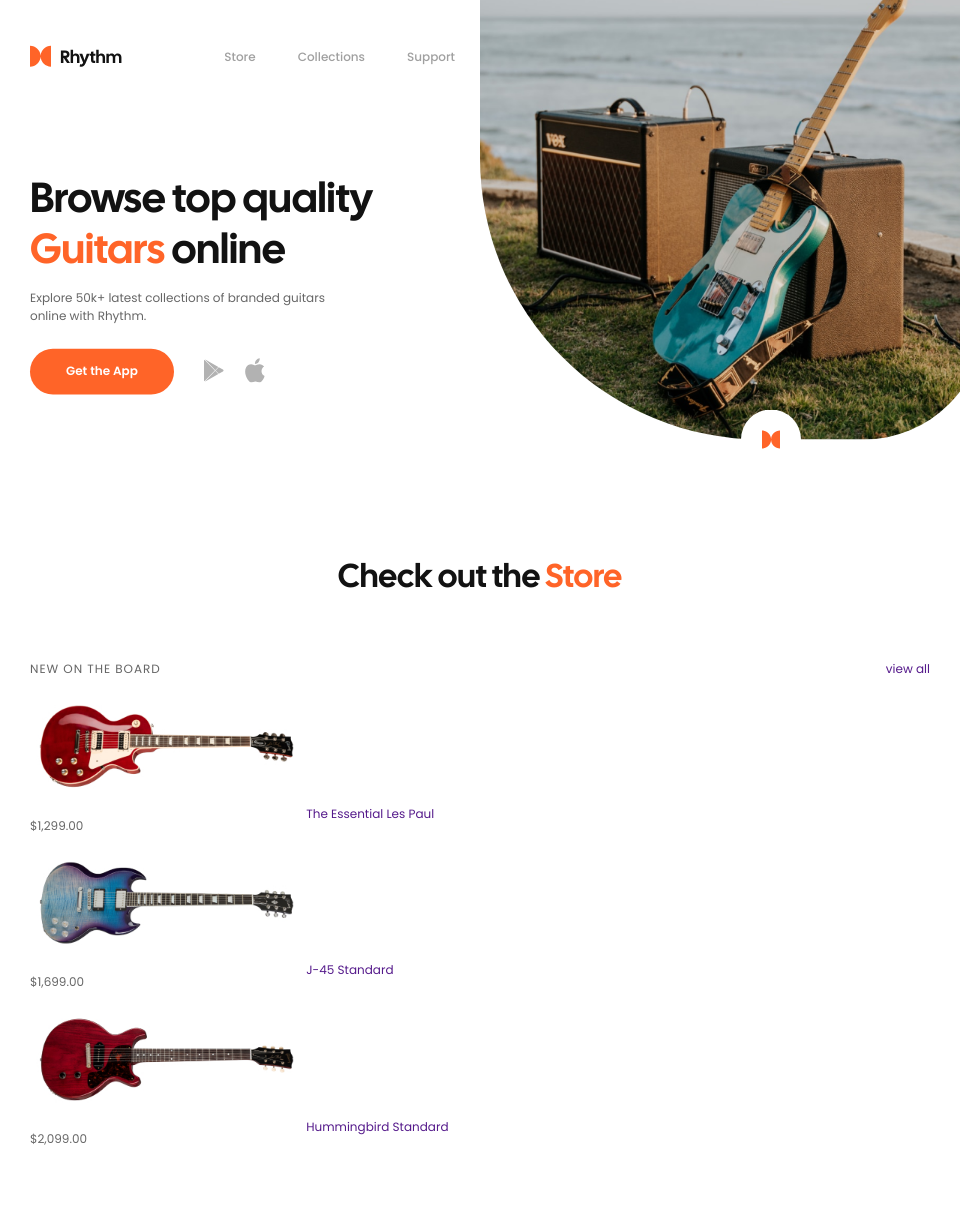
Repository: Ed-Lubenets/website_guitar
Page: index.html
The author's editor kept a copy of each file at every save. The page is drawn from the files as they stood at one save, then again after a run of saves.
The browser window is 1280 px wide. The pictures show the whole page, at 75% of full size.

Above is the page before, as saved 2023-01-03 20:55:41.

### index.html
<!DOCTYPE html>
<html lang="en">
<head>
    <meta charset="UTF-8">
    <meta http-equiv="X-UA-Compatible" content="IE=edge">
    <meta name="viewport" content="width=device-width, initial-scale=1.0">
    <link rel="stylesheet" href="./style/style.css">
    <title>guitar-site</title>
</head>
<body>
    <div class="wrapper">
        <header class="header">
            <div class="header__container">
                <a href="" class="header__logo"><img src="./img/logo.svg" alt="Logo"></a>
                <nav class="header__menu menu">
                    <ul class="menu__list">
                        <li class="menu__item">
                            <a href="#" class="menu__link">Store</a>
                        </li>
                        <li class="menu__item">
                            <a href="#" class="menu__link">Collections</a>
                        </li>
                        <li class="menu__item">
                            <a href="#" class="menu__link">Support</a>
                        </li>
                    </ul>
                </nav>
            </div>
        </header>
        <main class="page">
            <section class="page__main main">
                <div class="main__container">
                    <div class="main__content">
                        <h1 class="main__title">Browse top quality <span>Guitars</span> online</h1>
                        <p class="main__text">Explore 50k+ latest collections of branded guitars online with Rhythm.</p>
                        <div class="main__actions actions-main">
                            <a href="#" class="actions-main__button">Get the App</a>
                            <div class="actions-main__icon"> <img src="./img/main/google.svg" alt="google icon"> </div>
                            <div class="actions-main__icon"> <img src="./img/main/apple.svg" alt="apple icon"> </div>
                        </div>
                    </div>
                    <div class="main__decor">
                        <div class="main__image">
                            <img src="./img/main/main-decor.png" alt="Main Decor">
                        </div>
                    </div>
                </div>
            </section>
            <section class="page__store store">
                <div class="store__container">
                    <h2 class="store__title title">
                        Check out the <span>Store</span>
                    </h2>
                    <div class="store__body body-store">
                        <div class="body-store__header">
                            <div class="body-store__title">NEW ON THE BOARD</div>
                            <a href="" class="body-store__all">view all</a>
                        </div>
                        <div class="body-store__items">
                            <div class="body-store_item">
                                <a href="" class="item__image"><img src="./img/store/01.jpg" alt="guitar images"></a>
                                <a href="" class="item__title">The Essential Les Paul</a>
                                <div class="item__price">$1,299.00</div>
                            </div>
                            <div class="body-store_item">
                                <a href="" class="item__image"><img src="./img/store/02.jpg" alt="guitar images"></a>
                                <a href="" class="item__title">J-45 Standard</a>
                                <div class="item__price">$1,699.00</div>
                            </div>
                            <div class="body-store_item">
                                <a href="" class="item__image"><img src="./img/store/03.jpg" alt="guitar images"></a>
                                <a href="" class="item__title">Hummingbird Standard</a>
                                <div class="item__price">$2,099.00</div>
                            </div>
                        </div>
                    </div>
                </div>
            </section>
        </main>
        <footer class="footer"></footer>
    </div>
</body>
</html>

### style/style.css
@import url(https://fonts.googleapis.com/css?family=Poppins:regular,500,600&display=swap); /*from googlefonts*/
@font-face {                                                                               /*from folder*/
    font-family: CalSans;
    font-display: swap;
    src: url(../fonts/CalSans-SemiBold.woff2) format('woff2'), url(../fonts/CalSans-SemiBold.woff) format('woff');
    font-weight: 400;
    font-style: normal;
}

*, *::before, *::after {
margin: 0;
padding: 0;
border: 0;
box-sizing: border-box;
}
html, body{
    height: 100%;
    min-width: 320px;
}
body{
    line-height: 1;
    font-family: Poppins;
    /* font-size: 16px; ---- фон по умолчанию в бразере, поэтому в комменте, был бы другой(14,17 и т.д.) тогда вписывал бы в св-во body*/
    color: #666666;
}
a{
    text-decoration: none;
}
li{
    list-style: none;
}

.wrapper{
    overflow: hidden; /*отменяем горизонтальный скролл. Важно.*/
    min-height: 100%;
    display: flex;
    flex-direction: column;
}
/* ------------------------------------------------------------------------------------------- */

.title{
    font-family: CalSans;
    color: #121212;
    font-size: 44px;
    line-height: 1.2;
    text-align: center;
}
.title span{
    color: #FF6428;
}

/* ------------------------------------------------------------------------------------------- */
.page{
    flex: 1 1 auto; /* разрешаем main увеличиваться, что бы футер прижался к низу экрана */
}
.page__main {
}
.page__store {
}

/* ------------------------------------------------------------------------------------------- */
[class*="__container"]{ /*стиль для всех классов с "..__container"*/
    max-width: 1230px;
    margin: 0 auto;
    padding: 0px 15px;
}

/* ________________________________________________________HEADER____________________________________________________________________________________________________ */
.header {
    position: absolute;
    top: 0;
    left: 0;
    width: 100%;
    z-index: 50;
}
.header__container {
    padding-top: 5px;
    padding-bottom: 5px;
    display: flex;
    gap: 131px; /*отступы через gap плохо поддерживаются в старых safary iOS*/
    align-items: center;
    min-height: 152px;
}
.header__logo {}
.header__menu {}

.menu {
    padding: 10px 5px;
    border-radius: 5px;
    background-color: rgba(255, 255, 255, 0.8);
}
.menu__list {
    display: flex;
    column-gap: 56px;
    row-gap: 10px;
    flex-wrap: wrap;
}
.menu__item {}
.menu__link {
    color: rgba(18, 18, 18, 0.4);
    font-weight: 500;
}
.menu__link:hover,
.menu__link:focus{
    text-decoration: underline;
}

@media (max-width: 1092px){
    .header__container{
        gap: 50px;
        min-height: 100px;
    }
    .menu__list{
        column-gap: 40px;
    }
}
@media (max-width: 767.98px){
    .header__container{
        min-height: 65px;
    }
}
@media (max-width: 479.98px){
    .header__container{
        gap: 15px;
    }
    .menu{
        padding: 0;
    }
    .menu__list{
        column-gap: 20px;
    }
    .header__logo { /*убираем часть логотипа, больше места*/
        width: 28px;
        flex: 0 0 28px;
        overflow: hidden;
    }
}
/* --------------------------------------------------------------------PAGE------------------------------------------------------- */

.main {
    padding-bottom: 80px;
}
.main__container {
    display: flex;
}
.main__content {
    flex: 0 1 50%;  /*content и decor делаем по половине*/
    align-self: flex-end; /*прижал контент блока к низу*/
    padding-top: 120px; /*отступ безопасности для адаптива и возможности увеличения текста без заезда под шапку*/
    padding-bottom: 60px;
    padding-right: 20px;
}
.main__title {
    font-family: 'CalSans';
    font-size: 56px;
    line-height: 1.2;
    color: #121212;
}
.main__title span{
    color: #FF6428;
}
.main__title:not(:last-child){ /*добавление отступа всем элементам только если он(элемент) не последний*/
    margin-bottom: 16px;
}
.main__text {
    line-height: 24px;
    font-weight: 500px;
    max-width: 420px;
}
.main__text:not(:last-child){ /*добавление отступа всем элементам только если он(элемент) не последний*/
    margin-bottom: 31px;
}
.main__actions {}

.actions-main {
    display: flex;
    align-items: center;
}
.actions-main__button {
    text-align: center;
    padding: 18.5px 48px;
    background-color: #FF6428;
    border-radius: 40px;
    color: #FFFFFF;
    font-weight: 600;
    line-height: 24px;
    transition: all 0.3s ease 0s;
}
.actions-main__button:hover,
.actions-main__button:focus{
    background-color: #db4c14;
}
.actions-main__button:not(:last-child){ /*добавление отступа всем элементам только если он(элемент) не последний*/
    margin-right: 40px;
}
.actions-main__icon {}

.actions-main__icon:not(:last-child){ /*добавление отступа всем элементам только если он(элемент) не последний*/
    margin-right: 27px;
}
.main__decor {
    flex: 0 1 50%; /*content и decor делаем по половине*/
}
.main__image {
    position: relative;
    margin-right: -135px; /*135 из-за отступа 15px в начальных стилях*/
    padding-bottom: 97.6%; /*586/600*100%=96.6*/
    max-width: 672px;
}
.main__image img{
    border-radius: 0 0 160px 375px; /*возможность добавления прямоугольных изображений*/
    position: absolute;width: 100%;height: 100%;top: 0;left: 0;
    object-fit: cover;
}
.main__image::after{
    content: '';
    background: url(../img/main/decor.svg) 0 0 no-repeat;
    width: 80px;
    height: 80px;
    right: 36.3%; /*244\672= 0.3630*100=36.3 делим расстояние от края до объекта на размер фонового объекта. Процент- процент сдвига декора*/
    bottom: 0;
    transform: translate(0, 50%);
    position: absolute;
}

@media (max-width: 1092px){
    .main__image img{
        width: 100%;
    }
    .main__content {
        flex: 0 0 60%;
        padding-bottom: 0;
    }
    .main__decor {
        flex: 0 0 40%;
    }
}
@media (max-width: 767.98px){
    .main__content{
        flex: 1 1 100%;
        padding-right: 0;
        padding-top: 80px;
    }
    .main__title{
        font-style: 44px;
    }
    .main__decor{
        display: none;
    }
}
@media (max-width: 479.98px){
    .actions-main {
        flex-wrap: wrap;
        justify-content: center;
    }
    .actions-main__button{
        flex: 1 1 100%;
    }
    .actions-main__button:not(:last-child){ /*добавление отступа всем элементам только если он(элемент) не последний*/
        margin-right: 0px;
        margin-bottom: 15px;
    }
}

/* --------------------------------------------------------------------STORE------------------------------------------------------- */
.store {
    padding-top: 80px;
    padding-bottom: 90px;

}
.store__container {
}
.store__title {
    margin-bottom: 86px;
}
.title {
}
.store__body {
}
.body-store {
}
.body-store__header {
    display: flex;
    justify-content: space-between;
    gap: 15px;

}
.body-store__title {
    letter-spacing: 0.08em;
    font-style: 20px;
    lh
}
.body-store__all {
}
.body-store__items {
}
.body-store_item {
}
.item__image {
}
.item__title {
}
.item__price {
}

After the next 2 saves:
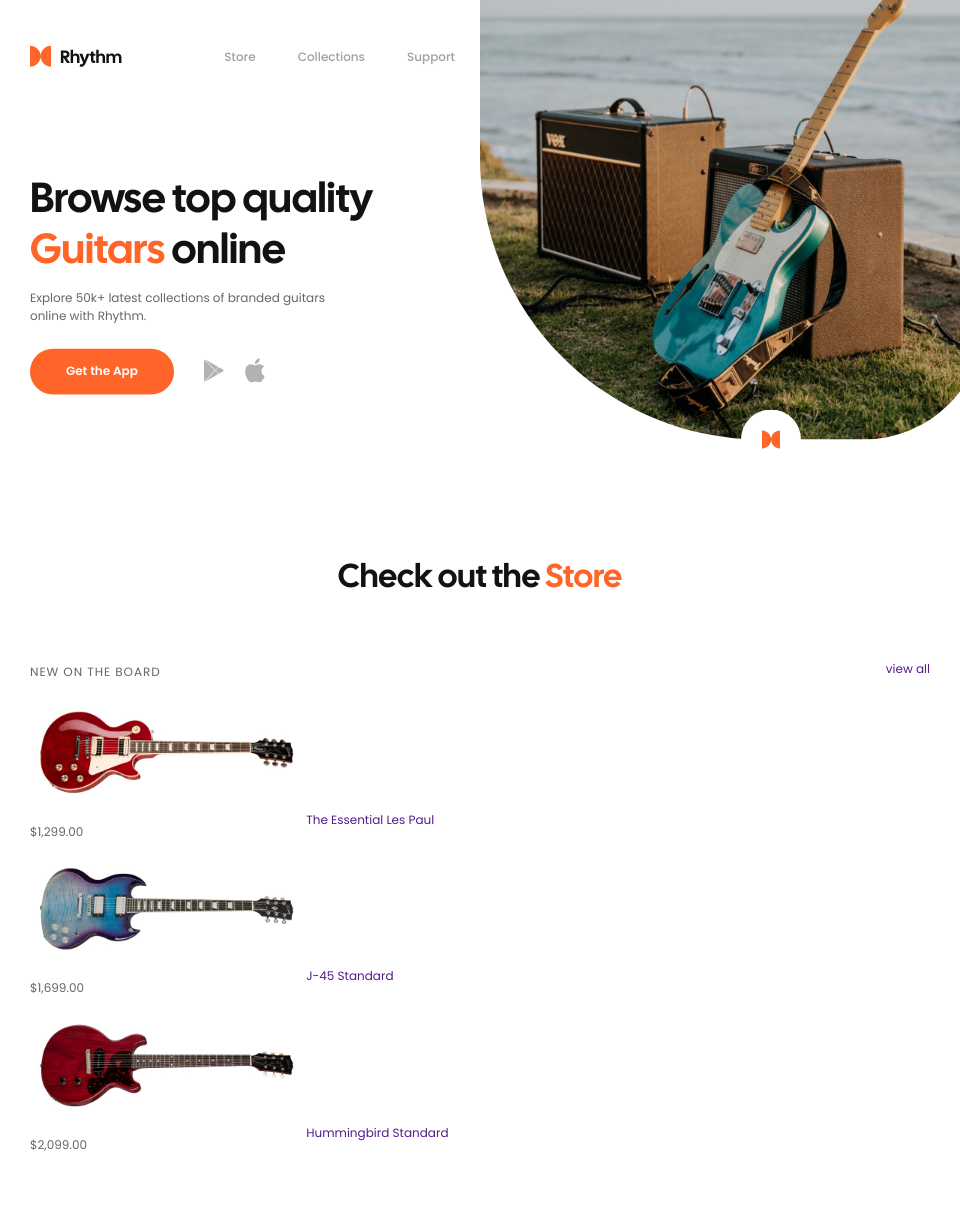
The 2 saves are shown as one change because they came seconds apart.
The last was saved 6 s later.
--- a/style/style.css
+++ b/style/style.css
@@ -288,7 +288,8 @@
 .body-store__title {
     letter-spacing: 0.08em;
     font-style: 20px;
-    lh
+    line-height: 1.5;
+
 }
 .body-store__all {
 }
